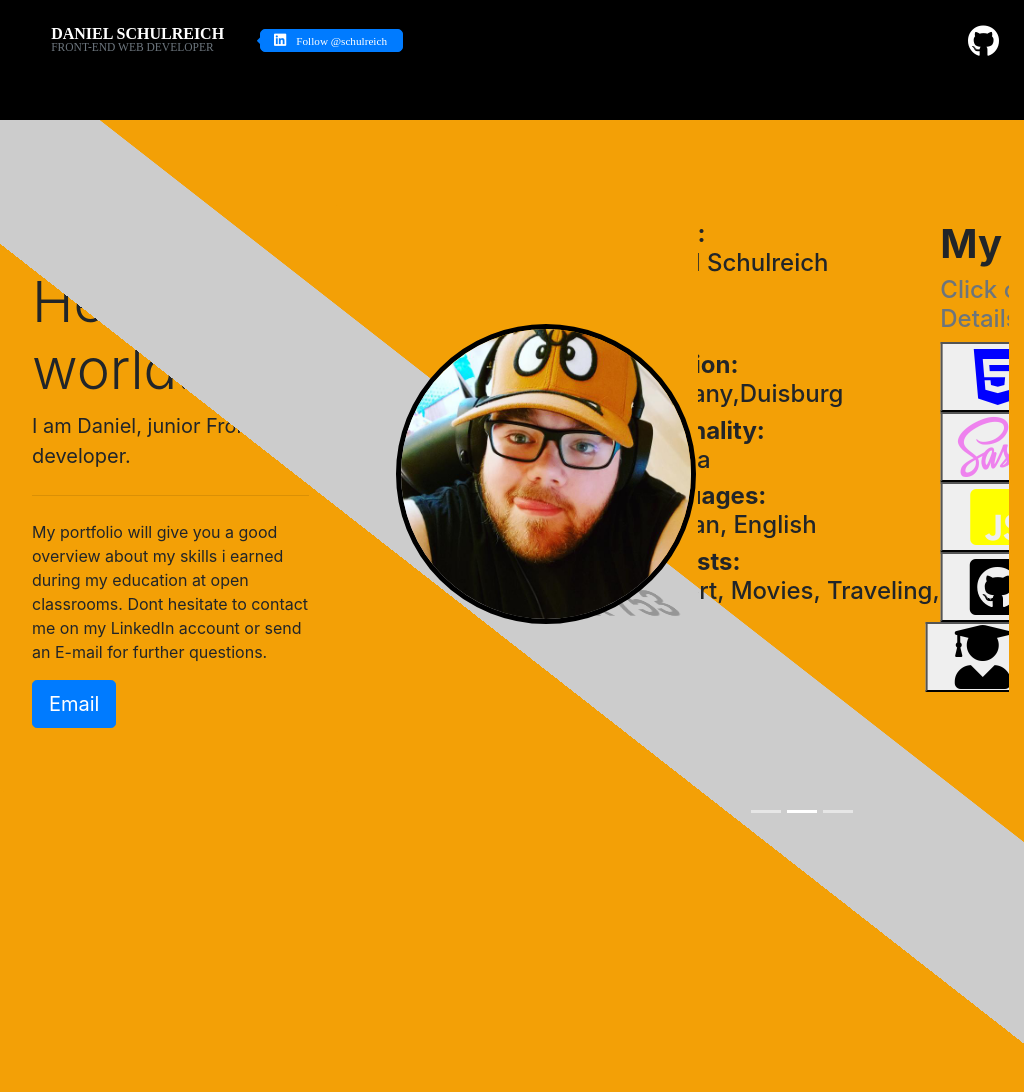
Repository: schulreich/my_portfolio
Page: index.html
These files come from the project's save history. The page is drawn as it stood at one moment and after the next save; the edit follows.
The browser window is 1024 px wide. The pictures show the whole page.
Some web fonts or font styles are not loaded; a fallback is used. Some web libraries are served in a nearby version.

Above is the page before, as saved 2020-06-20 23:58:05.

### index.html
<!DOCTYPE html>
<html lang="en">
<head>
    <meta charset="UTF-8">
    <meta name="viewport" content="width=device-width, initial-scale=1.0">
    <meta http-equiv="X-UA-Compatible" content="ie=edge">
    <link rel="stylesheet" href="https://stackpath.bootstrapcdn.com/bootstrap/4.1.3/css/bootstrap.min.css" integrity="sha384-MCw98/SFnGE8fJT3GXwEOngsV7Zt27NXFoaoApmYm81iuXoPkFOJwJ8ERdknLPMO" crossorigin="anonymous">
    <link rel="stylesheet" href="css/main.css">
    <link rel="stylesheet" href="https://use.fontawesome.com/releases/v5.5.0/css/all.css" integrity="sha384-B4dIYHKNBt8Bc12p+WXckhzcICo0wtJAoU8YZTY5qE0Id1GSseTk6S+L3BlXeVIU" crossorigin="anonymous">

    <title>Document</title>
</head>
<body>
    <header>
        <div class="row">
            <div class="name">DANIEL SCHULREICH</div>
            <div class="title text-muted"><small>FRONT-END WEB DEVELOPER</small></div>
            <a class="btn btn-primary btn-sm follow d-none d-lg-block" href="https://www.linkedin.com/in/daniel-schulreich-a5347617b/" target="_blank" role="button"><i class="fab fa-linkedin "></i><i class="fas fa-arrow-left arrow-left text-primary"></i><small>Follow @schulreich</small></a>

            <div class="nav">
                    <ul>
                        <li class="github"><i class="fab fa-github fa-2x nav-icon"></i><a href="https://github.com/schulreich" target="_blank">GitHub</a>
                        </li>
                    </ul>
                </div>


        </div>
    </header>

    <section class="project-modal">

    <div class="modal fade bd-example-modal-lg" tabindex="-1" role="dialog" aria-labelledby="myLargeModalLabel" aria-hidden="true">
            <div class="modal-dialog modal-lg">
              <div class="modal-content">
                <div class="modal-header">
                  <h5 class="modal-title" id="exampleModalLabel"><strong>JavaScript Boardgame</strong></h5>
                  <button type="button" class="close" data-dismiss="modal" aria-label="Close">
                    <span aria-hidden="true">&times;</span>
                  </button>
                </div>
                <div class="modal-body modal-align">
                    <img class="modal-img" src="images/boardgame.png" alt="">
                </div>
                <div class="modal-footer">
                  <a href="#" target="_blank" class="btn btn-primary btn-lg active" role="button" aria-pressed="true">comming soon</a>
                  <button type="button" class="btn btn-secondary" data-dismiss="modal">Close</button>
                </div>
              </div>
            </div>
          </div>

          <div class="modal fade bd-cards-example-modal-lg" tabindex="-1" role="dialog" aria-labelledby="myLargeModalLabel" aria-hidden="true">
                <div class="modal-dialog modal-lg">
                  <div class="modal-content">
                    <div class="modal-header">
                      <h5 class="modal-title" id="exampleModalLabel"><strong>Bootstrap Moviefestival website</strong></h5>
                      <button type="button" class="close" data-dismiss="modal" aria-label="Close">
                        <span aria-hidden="true">&times;</span>
                      </button>
                    </div>
                    <div class="modal-body modal-align">
                        <img class="modal-img" src="images/moviefestival.png" alt="">
                    </div>
                    <div class="modal-footer">
                      <a href="https://schulreich.github.io/project-movie-festival/" target="_blank" class="btn btn-primary btn-lg active" role="button" aria-pressed="true">Watch</a>
                      <button type="button" class="btn btn-secondary" data-dismiss="modal">Close</button>
                    </div>
                  </div>
                </div>
              </div>


              <div class="modal fade bd-grid-example-modal-lg" tabindex="-1" role="dialog" aria-labelledby="myLargeModalLabel" aria-hidden="true">
                    <div class="modal-dialog modal-lg">
                      <div class="modal-content">
                        <div class="modal-header">
                          <h5 class="modal-title" id="exampleModalLabel"><strong>React Restaurant review website</strong></h5>
                          <button type="button" class="close" data-dismiss="modal" aria-label="Close">
                            <span aria-hidden="true">&times;</span>
                          </button>
                        </div>
                        <div class="modal-body modal-align">
                            <img class="modal-img" src="images/restaurantreview.png" alt="">
                        </div>
                        <div class="modal-footer">
                          <a href="https://schulreich.github.io/project_7/" target="_blank" class="btn btn-primary btn-lg active" role="button" aria-pressed="true">Demo</a>
                          <button type="button" class="btn btn-secondary" data-dismiss="modal">Close</button>
                        </div>
                      </div>
                    </div>
                  </div>


          <div class="modal fade bd-register-example-modal-lg" tabindex="-1" role="dialog" aria-labelledby="myLargeModalLabel" aria-hidden="true">
                <div class="modal-dialog modal-lg">
                  <div class="modal-content">
                    <div class="modal-header">
                      <h5 class="modal-title" id="exampleModalLabel"><strong>WordPress</strong></h5>
                      <button type="button" class="close" data-dismiss="modal" aria-label="Close">
                        <span aria-hidden="true">&times;</span>
                      </button>
                    </div>
                    <div class="modal-body modal-align">
                        <img class="modal-img" src="images/WordPress.png" alt="">
                    </div>
                    <div class="modal-footer">
                      <a href="http://dev-lifestylechaletsandcaviar.pantheonsite.io/" target="_blank" class="btn btn-primary btn-lg active" role="button" aria-pressed="true">Watch</a>
                      <button type="button" class="btn btn-secondary" data-dismiss="modal">Close</button>
                    </div>
                  </div>
                </div>
              </div>

    </section>

    <section class="skill-modal">

    <section class="container-fluid intro-section">

        <div class="row">
             <div class="intro col-lg-4 col-md-5 jumbotron">
                <h1 class="display-4">Hello, world!</h1>
                     <p class="lead"><b>I am Daniel, junior Front-end developer.</b></p>
                <hr class="my-4">
                     <p>My portfolio will give you a good overview about my skills i earned during my education at open classrooms. Dont hesitate to contact me on my LinkedIn account or send an E-mail for further questions.</p>
                            <a class="btn btn-primary btn-lg" href="mailto:schulreich_daniel@peppinet.de" target="_blank" role="button">Email</a>
          </div>


          <div class="col-lg-4 d-none d-lg-block move">
              <img class="skew" src="https://dummyimage.com/200x753/000/000" alt="">
              <img class="rounded-circle " src="images/test.jpeg" alt="">
          </div>

<aside id="carouselExampleIndicators" class="col-lg-4 personal-information carousel slide" data-ride="carousel">
        <ol class="carousel-indicators">
                <li data-target="#carouselExampleIndicators" data-slide-to="0" class="active"></li>
                <li data-target="#carouselExampleIndicators" data-slide-to="1"></li>
                <li data-target="#carouselExampleIndicators" data-slide-to="2"></li>
              </ol>
    <div class="carousel-inner">
        <div class="carousel-item active">
              <h4><strong>Name:</strong> <br> Daniel Schulreich</h4>
              <h4><strong>Age:</strong> <br> 33</h4>
              <h4><strong>Location:</strong> <br> Germany,Duisburg</h4>
              <h4><strong>Nationality:</strong> <br> Austria</h4>
              <h4><strong>Languages:</strong> <br> German, English</h4>
              <h4><strong>Interests:</strong> <br> E-Sport, Movies, Traveling, Music</h4>
        </div>
        <div class="carousel-item">
            <aside class="skills"> <!-- text-center -->
              <h1><strong>My Skills</strong></h1>
              <h4 class="text-muted">Click on Icons for more Details</h4>
              <div class="y">
                <!--  justify-content-center -->
                <div class="row">

                  <div class="col-lg-4"><a href="https://openclassrooms.com/en/course-certificates/8254547573" target="_blank" class="active" role="button" aria-pressed="true"><button class="skill-button"><i class="fab fa-html5 fa-4x" ></i></a></div>
                  <div class="col-lg-4"><a href="https://openclassrooms.com/en/course-certificates/2811490125" target="_blank" class="active" role="button" aria-pressed="true"><button class="skill-button"><i class="fab fa-css3-alt fa-4x"></i></button></a></div>
                </div>
                <div class="row">
                    <div class="col-lg-4"><a href="https://openclassrooms.com/en/course-certificates/3315606497" target="_blank" class="active" role="button" aria-pressed="true"><button class="skill-button"><i class="fab fa-sass fa-4x"></i></button></a></div>
                    <div class="col-lg-4"><a href="https://openclassrooms.com/en/course-certificates/8340529448" target="_blank" class="active" role="button" aria-pressed="true"><button class="skill-button"><i class="fab fa-react fa-4x"></i></button></a></div>
                </div>
                <div class="row">
                  <div class="col-lg-4"><a href="https://openclassrooms.com/en/course-certificates/2140767815" target="_blank" class="active" role="button" aria-pressed="true"><button class="skill-button"><i class="fab fa-js-square fa-4x"></i></button></a></div>
                  <div class="col-lg-4"><a href="https://openclassrooms.com/en/course-certificates/8343798364" target="_blank" class="active" role="button" aria-pressed="true"><button class="skill-button"><i class="fab fa-wordpress fa-4x"></i></button></a></div>
                </div>
                <div class="row">
                  <div class="col-lg-4"><a href="https://openclassrooms.com/en/course-certificates/4342386076" target="_blank" class="active" role="button" aria-pressed="true"><button class="skill-button"><i class="fab fa-github-square fa-4x"></i></button></a></div>
                  <!-- Bootstrap icon was not Available-->
                  <div class="col-lg-4"><a href="https://openclassrooms.com/en/course-certificates/8244891630" target="_blank" class="active" role="button" aria-pressed="true"><button class="skill-button"><i class="fas fa-bold fa-4x"></i></button></a></div>
                <div class="row">
                  <div class="col-lg-4"><a href="https://openclassrooms.com/en/learning-path-certificates/5664741678" target="_blank" class="active" role="button" aria-pressed="true"><button class="skill-button"><i class="fas fa-user-graduate fa-4x"></i></button></a></div>
                </div>
                </div>
              </div>
            </aside>
        </div>
        <div class="carousel-item">
            <aside class="projects">
                <h1>Projects</h1>
                <h4 class="text-muted">Select Thumbnail</h4>

                <img src="images/boardgame.png" class="img-thumbnail thumbnail" data-toggle="modal" data-target=".bd-example-modal-lg" alt="...">
                <img src="images/moviefestival.png" class="img-thumbnail thumbnail" data-toggle="modal" data-target=".bd-cards-example-modal-lg" alt="..."> <br>
                <img src="images/restaurantreview.png" class="img-thumbnail thumbnail" data-toggle="modal" data-target=".bd-grid-example-modal-lg" alt="...">
                <img src="images/WordPress.png" class="img-thumbnail thumbnail" data-toggle="modal" data-target=".bd-register-example-modal-lg" alt="...">
            </aside>
        </div>
    </div>
</aside>

    </div>

    </section>









    <script src="https://code.jquery.com/jquery-3.3.1.slim.min.js" integrity="sha384-q8i/X+965DzO0rT7abK41JStQIAqVgRVzpbzo5smXKp4YfRvH+8abtTE1Pi6jizo" crossorigin="anonymous"></script>
<script src="https://cdnjs.cloudflare.com/ajax/libs/popper.js/1.14.3/umd/popper.min.js" integrity="sha384-ZMP7rVo3mIykV+2+9J3UJ46jBk0WLaUAdn689aCwoqbBJiSnjAK/l8WvCWPIPm49" crossorigin="anonymous"></script>
<script src="https://stackpath.bootstrapcdn.com/bootstrap/4.1.3/js/bootstrap.min.js" integrity="sha384-ChfqqxuZUCnJSK3+MXmPNIyE6ZbWh2IMqE241rYiqJxyMiZ6OW/JmZQ5stwEULTy" crossorigin="anonymous"></script>
</body>
</html>

### css/main.css
@import url("https://fonts.googleapis.com/css?family=Coda");
@keyframes mymove {
  0% {
    left: 16%;
  }
  100% {
    left: 31%;
  }
}
@keyframes myskew {
  0% {
    transform: skew(52deg);
  }
  100% {
    transform: skew(0deg);
  }
}
@keyframes myfade {
  0% {
    opacity: 0;
  }
  25% {
    opacity: 0;
  }
  50% {
    opacity: 0.6;
  }
  75% {
    opacity: 0.8;
  }
  100% {
    opacity: 1;
  }
}
body {
  background-color: #f3a006;
}

header {
  background-color: black;
  height: 120px;
  font-family: "Coda";
}
header .name {
  position: absolute;
  left: 5%;
  top: 3%;
  color: white;
  font-weight: bolder;
}
header .title {
  position: absolute;
  top: 5%;
  left: 5%;
  color: white;
  font-size: 0.9em;
}
header .follow {
  position: absolute;
  left: 260px;
  top: 4%;
  border-radius: 5px;
  padding-top: 0;
  padding-bottom: 0;
  padding-right: 15px;
  padding-left: 3px;
}
header .arrow-left {
  position: absolute;
  left: -10%;
  top: 18%;
}
header .nav-icon {
  color: white;
}
header i {
  padding: 0 10px;
}
header ul {
  list-style-type: none;
}
header .nav ul {
  margin: 0;
  padding: 0;
  position: absolute;
  top: 10px;
  right: 0;
  font-size: 0px;
}
header .nav ul li {
  font-size: 12pt;
  display: inline-block;
  padding: 15px;
  transition: all 0.2s ease-in-out;
}
header .nav ul li a {
  font-family: FontAwesome;
  color: lime;
  font-size: 22pt;
  text-decoration: none;
}
header .nav ul .github.about .code .contact {
  background: black;
}
header .nav ul li i {
  display: block;
}
header .nav ul li a {
  display: none;
}
header .nav ul li:hover i {
  display: none;
}
header .nav ul li:hover a {
  display: block;
}
header .nav a:hover {
  color: lime;
}

.modal-img {
  width: 600px;
}

.modal-align {
  padding-left: 6rem;
}

.modal-header {
  background-color: #f3a006;
}

.modal-body {
  background-color: black;
}

.intro-section {
  background-color: #f3a006;
  /*}
  .rounded-circle:hover{
      left: 25%;
      transition: 2s left;
  }*/
}
.intro-section .intro {
  background-color: #f3a006;
  top: 85px;
}
.intro-section .skew {
  transform: skew(52deg);
  position: absolute;
  height: 157%;
  left: 36%;
  animation: myskew 2s 1 ease;
  animation-fill-mode: forwards;
}
.intro-section .rounded-circle {
  position: absolute;
  border: solid 5px black;
  height: 300px;
  width: 300px;
  left: 20%;
  top: 33%;
  animation: mymove 2s 1 ease;
  animation-fill-mode: forwards;
}
.intro-section .personal-information {
  position: relative;
  top: 100px;
  animation: myfade 5s 1 ease;
  transition-delay: 3s;
}
.intro-section .carousel-inner {
  height: 565px;
}
.carousel-indicators{
  right: 30%;
}
.intro-section .skill-button {
  width: 115px;
}
.intro-section .fa-html5 {
  color: blue;
}
.intro-section .fa-css3-alt {
  color: pink;
}
.intro-section .fa-sass {
  color: violet;
}
.intro-section .fa-react {
  color: skyblue;
  width: 100px;
}
.intro-section .fa-js-square {
  color: yellow;
  width: 100px;
}
.intro-section .fa-bold{
  color:white;
  background-color: purple;
}
.intro-section .thumbnail {
  width: 200px;
  height: 200px;
}

After the next save:
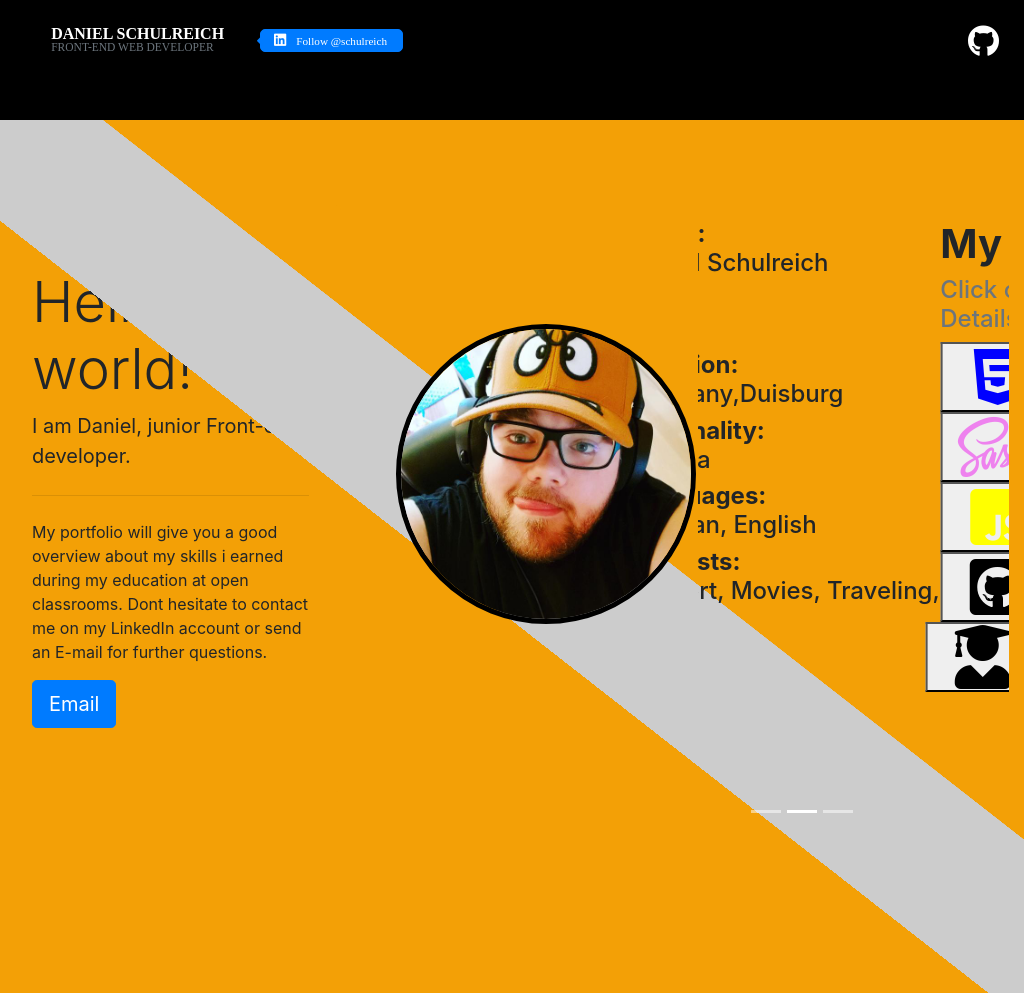
Saved 9 min 5 s later.
--- a/css/main.css
+++ b/css/main.css
@@ -7,6 +7,16 @@
     left: 31%;
   }
 }
+@media screen and (max-width: 1024px) {
+  @keyframes mymove{
+    0% {
+      left: 16%;
+    }
+    100% {
+      left: 15%;
+  }
+}
+
 @keyframes myskew {
   0% {
     transform: skew(52deg);
@@ -154,6 +164,16 @@
   animation: myskew 2s 1 ease;
   animation-fill-mode: forwards;
 }
+@media screen and (max-width: 1024px){
+  .intro-section .skew {
+    transform: skew(52deg);
+    position: absolute;
+    height: 141%;
+    left: 26%;
+    animation: myskew 2s 1 ease;
+    animation-fill-mode: forwards;
+  }
+}
 .intro-section .rounded-circle {
   position: absolute;
   border: solid 5px black;
@@ -204,3 +224,9 @@
   width: 200px;
   height: 200px;
 }
+@media screen and (max-width: 1024px){
+  .intro-section .thumbnail {
+    width: 200px;
+    height: 105px;
+  }
+}
